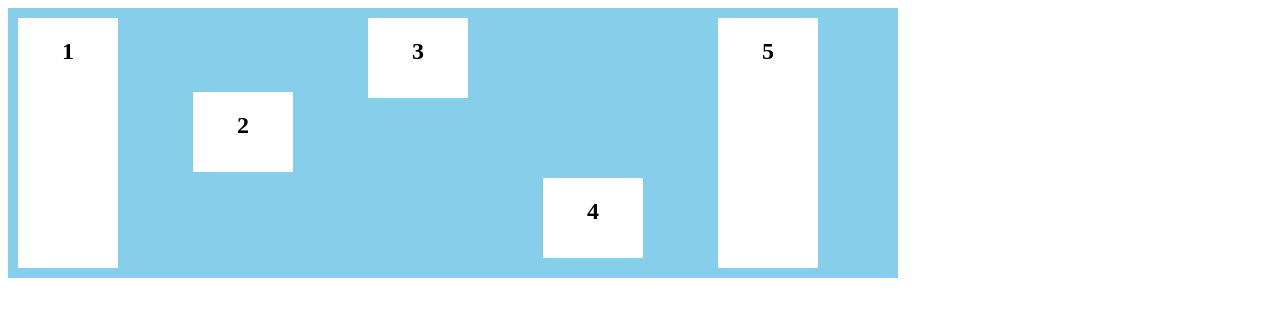
Repository: harshitanthal1/assignments_avisoft
Page: 01-02-2024/assignment_1/index.html
These files come from the project's save history. The page is drawn as it stood at one moment and after the next save; the edit follows.
The browser window is 1280 px wide. The pictures show the whole page.

Above is the page before, as saved 2024-02-01 13:06:51.

### 01-02-2024/assignment_1/index.html
<!DOCTYPE html>
<html lang="en">
<head>
    <meta charset="UTF-8">
    <meta name="viewport" content="width=device-width, initial-scale=1.0">
    <title>Assignment 1</title>
    <link rel="stylesheet" href="styles/styles.css" />
</head>
<body>
    <div id="main-box">
        <div id="box-1"><h2>1</h2></div>
        <div id="box-2"><h2>2</h2></div>
        <div id="box-3"><h2>3</h2></div>
        <div id="box-4"><h2>4</h2></div>
        <div id="box-5"><h2>5</h2></div>
    </div>
</body>
</html>

### 01-02-2024/assignment_1/styles/styles.css
#main-box {
    background-color: skyblue;
    height: 250px;
    width: 800px;
    display: flex;
    justify-content: space-between;
    padding: 10px;
    padding-right: 80px;
}

#box-1 {
    background-color: white;
    width:100px;
    text-align: center;
}

#box-2 {
    background-color: white;
    width:100px;
    height: 80px;
    margin-top: 74px;
    text-align: center;

}

#box-3 {
    background-color: white;
    width:100px;
    height: 80px;
    text-align: center;
}

#box-4 {
    background-color: white;
    width:100px;
    height: 80px;
    text-align: center;
    margin-top: 160px;
}

#box-5 {
    background-color: white;
    width:100px;
    text-align: center;
}

After the next save:
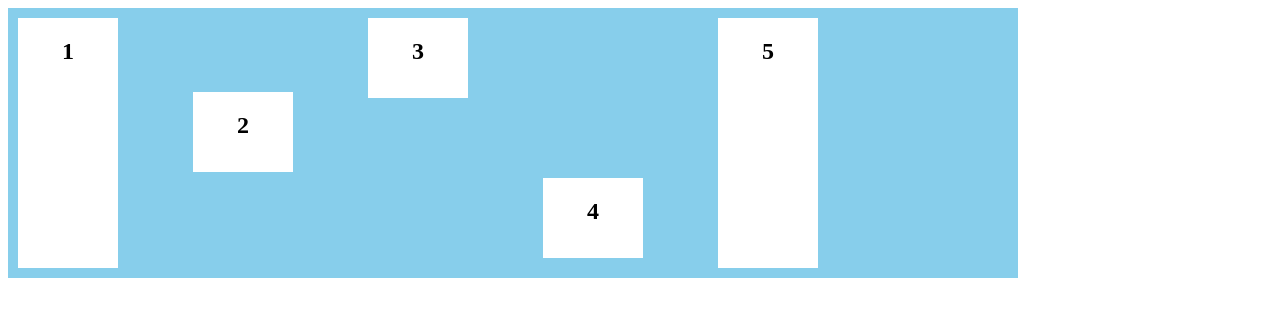
Saved 34 s later.
--- a/01-02-2024/assignment_1/styles/styles.css
+++ b/01-02-2024/assignment_1/styles/styles.css
@@ -5,7 +5,7 @@
     display: flex;
     justify-content: space-between;
     padding: 10px;
-    padding-right: 80px;
+    padding-right: 200px;
 }
 
 #box-1 {
